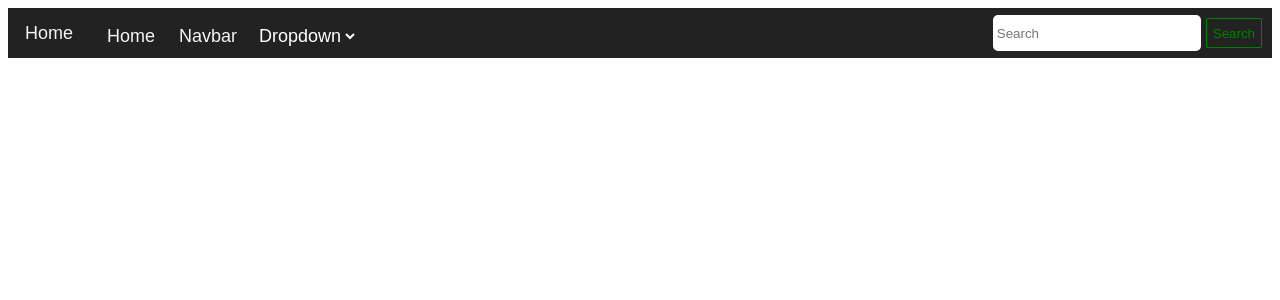
Repository: CryptoFamilyNFT/develhope
Page: html/svg.html
The author's editor kept a copy of each file at every save. The page is drawn from the files as they stood at one save, then again after the next save.
The browser window is 1280 px wide. The pictures show the whole page.

Above is the page before, as saved 2024-11-02 10:47:27.

### html/svg.html
<!DOCTYPE html>
<html lang="en">

<head>
    <meta charset="UTF-8">
    <meta name="viewport" content="width=device-width, initial-scale=1.0">
    <title>Esercizio SVG</title>
</head>

<style>
    nav {
        background-color: #222;
        display: flex;
        flex-direction: row;
        height: 50px;
        width: 100%;
    }

    ul {
        list-style-type: none;
        display: flex;
        flex-direction: row;
        padding-inline-start: 10px;
        gap: 10px;
    }

    .BarSideLeft {
        padding-left: 10px;
    }

    .txt {
        font-size: 18px;
        font-family: 'Courier New';
        color: white;
    }

    select {
        background-color: transparent;
        font-size: 18px;
        font-size: large;
        color: white;
        border-color: transparent;
    }

    li {
        height: auto;
    }

    input {
        height: 60%;
        border: 2px solid white;
        border-radius: 5px;
        min-width: 200px;
    }

    .buttonSearch {
        height: 60%;
        background-color: transparent;
        border: 1px solid green;
        border-radius: 5%;
        color: green
    }

    .GridBar {
        display: flex;
        flex-direction: row;
        width: 100%;
    }

    .RightSideBar {
        width: 100%;
        height: auto;
        display: flex;
        flex-direction: row;
        justify-content: flex-end;
        padding-right: 10px;
        align-items: center;
        gap: 5px;
    }

    .LogoText {
        display: flex;
        flex-direction: row;
        padding-inline-start: 10px;
        align-items: center;
    }

    .NavButton {
        height: auto;
        background-color: transparent;
        border: 1px solid transparent;
        font-size: large;
        color: whitesmoke;
    }
</style>

<body>
    <header>
        <nav>
            <div class="GridBar">
                <div class="LogoText">
                    <button class="NavButton">
                        Home
                    </button>
                </div>
                <div class="BarSideLeft">
                    <ul>
                        <li>
                            <button class="NavButton">
                                Home
                            </button>
                        </li>
                        <li>
                            <button class="NavButton">
                                Navbar
                            </button>
                        </li>
                        <li>
                            <select>
                                <option value="Dropdown">
                                    <div class="text">Dropdown</div>
                                </option>
                                <hr />
                                <option value="FAQ">FAQ</option>
                                <option value="T&C">T&C</option>
                            </select>
                        </li>
                    </ul>
                </div>
                <div class="RightSideBar">
                    <input placeholder="Search">
                    <button class="buttonSearch">
                        Search
                    </button>
                </div>
            </div>
        </nav>
    </header>
    <main>
        <!-- Contento main -->
    </main>
    <footer>
        <!-- Contento footer -->
    </footer>
</body>

</html>

After the next save:
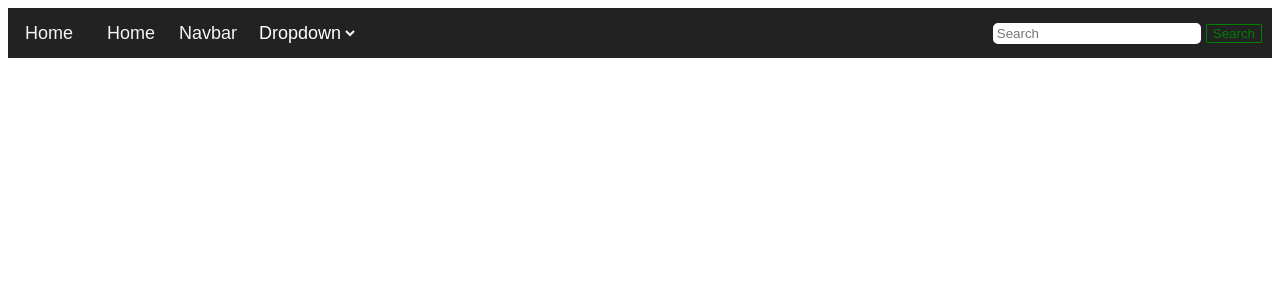
Saved 12 s later.
--- a/html/svg.html
+++ b/html/svg.html
@@ -64,6 +64,8 @@
     .GridBar {
         display: flex;
         flex-direction: row;
+        grid-row: 1;
+        align-items: center;
         width: 100%;
     }
 
